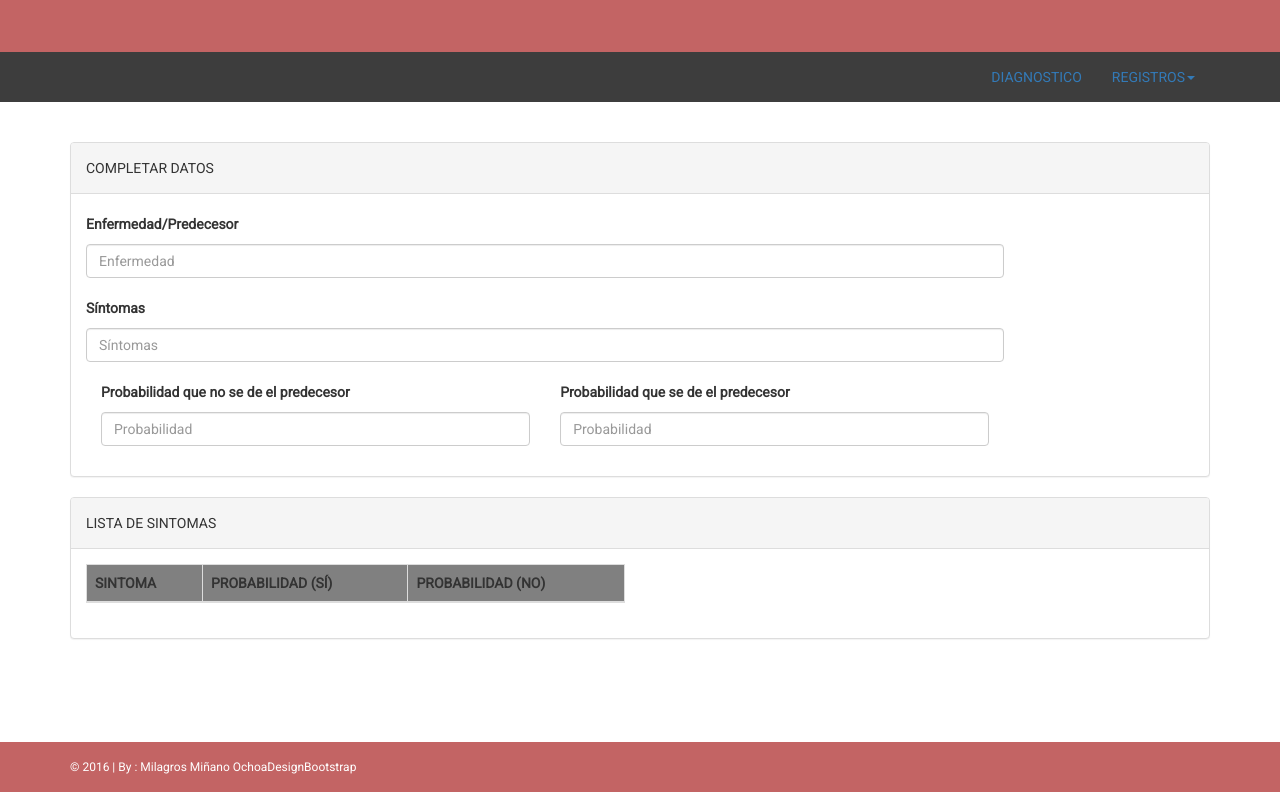
Repository: Mili10/PROYECTOII
Page: http://localhost/Capa_Presentación/frmRegistroSintoma.jsp
These files come from the project's save history. The page is drawn as it stood at one moment and after the next save; the edit follows.
The browser window is 1280 px wide. The pictures show the whole page.
The page is served by Tomcat 9.

Above is the page before, as saved 2016-05-16 06:40:45.

### sistema_experto_web/Capa_Presentación/WebContent/frmRegistroSintoma.jsp
<%@ page language="java" contentType="text/html; charset=ISO-8859-1"
    pageEncoding="ISO-8859-1"%>
<!DOCTYPE html PUBLIC "-//W3C//DTD HTML 4.01 Transitional//EN" "http://www.w3.org/TR/html4/loose.dtd">
<html>
<head>
<meta http-equiv="Content-Type" content="text/html; charset=ISO-8859-1">
<title>Insert title here</title>
	<link href="Plantilla/css/bootstrap.css" rel="stylesheet" />
    <link href="Plantilla/css/font-awesome.css" rel="stylesheet" />
    <link href="Plantilla/css/style.css" rel="stylesheet" />
</head>
<body>
	<jsp:include page="includes/masterHeader.jsp"></jsp:include>
	<div class="content-wrapper">
		<div class="container">
			<div class="panel panel-default">
	             <div class="panel-heading">
	               COMPLETAR DATOS
	             </div>
	              <div class="row">
		             <div class="panel-body">
		             	<div class="col-md-10">
						  <form>
						  <div class="form-group">
						    <label for="exampleInputEmail1">Enfermedad/Predecesor</label>
						    <input type="text" class="form-control" placeholder="Enfermedad">
						  </div>
						  <div class="form-group">
						    <label for="exampleInputPassword1">Síntomas</label>
						    <input type="text" class="form-control" placeholder="Síntomas">
						  </div>
						  <div class="form-group">
						  <div class="col-md-6">

						    <label for="exampleInputEmail1">Probabilidad que no se de el predecesor</label>
						    <input class="form-control" placeholder="Probabilidad">
						  </div>
						  </div>
						  <div class="col-md-6">
						  	<div class="form-group">
						    <label for="exampleInputEmail1">Probabilidad que se de el predecesor</label>
						    <input class="form-control" placeholder="Probabilidad">
						  </div>
						  </div>
						 </form>
						</div>
					  </div>
				  </div>
	         </div>

	         <div class="panel panel-default">
	             <div class="panel-heading">
	               LISTA DE SINTOMAS
	             </div>
	              <div class="row">
		             <div class="panel-body">
		              <div class="col-md-6">
		             	<div class="table-responsive">
                                <table class="table table-striped table-bordered table-hover">
                                    <thead style="background: grey">
                                        <tr>
                                            <th>SINTOMA</th>
                                            <th>PROBABILIDAD (SÍ)</th>
                                            <th>PROBABILIDAD (NO)</th>
                                        </tr>
                                    </thead>
                                    <tbody>

                                    </tbody>
                                </table>
                            </div>
                         </div>
					  </div>
				  </div>
	         </div>

	      </div>
      </div>


	<jsp:include page="includes/masterFooter.jsp"></jsp:include>

	<script src="Plantilla/js/jquery-1.11.1.js"></script>
    <script src="Plantilla/js/bootstrap.js"></script>
</body>
</html>

### sistema_experto_web/Capa_Presentación/WebContent/includes/masterHeader.jsp
    <div class="navbar navbar-inverse set-radius-zero">
        <div class="container">
            <div class="navbar-header">
                <button type="button" class="navbar-toggle" data-toggle="collapse" data-target=".navbar-collapse">
                    <span class="icon-bar"></span>
                    <span class="icon-bar"></span>
                    <span class="icon-bar"></span>
                </button>
                <a class="navbar-brand" href="index.html">

                </a>

            </div>

        </div>
    </div>
    <!-- LOGO HEADER END-->
    <section class="menu-section">
        <div class="container">
            <div class="row">
                <div class="col-md-12">
                    <div class="navbar-collapse collapse">
                        <ul class="nav navbar-nav navbar-right">
                            <li><a href="frmCuestionario.jsp">DIAGNOSTICO</a></li>
                            <li class="dropdown">
                            	<a href="#" class="dropdown-toggle" data-toggle="dropdown" role="button" aria-haspopup="true" aria-expanded="false">REGISTROS<span class="caret"></span></a>
                            	<ul class="dropdown-menu">
						            <li><a href="frmRegistroSintoma.jsp" role="button">SINTOMA</a></li>
						        </ul>
                            </li>
                        </ul>
                    </div>
                </div>

            </div>
        </div>
    </section>

### sistema_experto_web/Capa_Presentación/WebContent/includes/masterFooter.jsp
<!-- CONTENT-WRAPPER SECTION END-->
    <footer>
        <div class="container">
            <div class="row">
                <div class="col-md-12">
                    &copy; 2016 | By : Milagros Miñano Ochoa<a href="http://www.designbootstrap.com/" target="_blank">DesignBootstrap</a>
                </div>

            </div>
        </div>
    </footer>

### sistema_experto_web/Capa_Presentación/WebContent/Plantilla/css/style.css

/*=============================================================
    Authour URL: www.designbootstrap.com

    http://www.designbootstrap.com/

    License: MIT

    http://opensource.org/licenses/MIT

    100% Free To use For Personal And Commercial Use.

    IN EXCHANGE JUST TELL PEOPLE ABOUT THIS WEBSITE

========================================================  */


/* =============================================================
   GENERAL STYLES
 ============================================================ */

@import url(http://fonts.googleapis.com/css?family=Roboto); /* FREE GOOGLE FONT */

body {
    font-family: 'Roboto', sans-serif;
    line-height: 30px;
}

.set-radius-zero {
    border-radius: 0px;
    -moz-border-radius: 0px;
    -webkit-border-radius: 0px;
}

.content-wrapper {
    margin-top: 40px;
    min-height: 600px;
    padding-bottom: 60px;
}

.page-head-line {
    font-weight: 900;
    padding-bottom: 20px;
    border-bottom: 2px solid #F0677C;
    text-transform: uppercase;
    color: #F0677C;
    font-size: 20px;
    margin-bottom: 40px;
}

.btn {
    border-radius: 0px;
    -webkit-border-radius: 0px;
    -moz-border-radius: 0px;
}

.progress {
    height: 8px;
    border-radius: 0px;
    -webkit-border-radius: 0px;
    -moz-border-radius: 0px;
}
.login-icon {
    height: 60px;
width: 60px;
padding: 13px;
border-radius: 50%;
font-size: 30px;
margin-bottom: 20px;
color: #fff;
text-align: center;
cursor:pointer;
background-color:#F0677C;
-webkit-border-radius:50%;
    -moz-border-radius:50%;
}
/* =============================================================
   HEADER SECTION STYLES
 ============================================================ */
header {
    background-color: #F0677C;
    color: #fff;
    padding: 10px;
    text-align: right;
}


/* =============================================================
   LOGO SECTION STYLES
 ============================================================ */
.left-div {
    padding-left: 30px;
    margin-top: 40px;
    margin-bottom: 30px;
}

.navbar-brand {
    width: 250px;
    padding-top: 30px;
}

/* USER SETTINGS DIV */
.user-settings-wrapper .nav > li > a {
    position: relative;
    display: block;
    padding: 15px 18px;
    border-radius: 50%;
    -webkit-border-radius: 50%;
    -moz-border-radius: 50%;
    height: 60px;
    width: 60px;
    background-color: #F0677C;
    color: #fff;
}

.user-settings-wrapper {
    margin-top: 10px;
}

    .user-settings-wrapper li {
        display: inline-block;
    }

    .user-settings-wrapper .dropdown-settings {
        width: 200px;
        padding: 10px;
    }

    .user-settings-wrapper .nav > li > a:hover,.user-settings-wrapper .nav > li > a:focus {
        text-decoration: none;
        background-color: #C36464!important;
    }

    .user-settings-wrapper img {
        height: 64px;
        width: 64px;
        border: 1px solid #000000;
    }

    .user-settings-wrapper .dropdown-menu {
        margin: 0px;
        border-radius: 0px!important;
        -moz-border-radius: 0px!important;
        -webkit-border-radius: 0px!important;
    }

    .user-settings-wrapper .btn {
        border-radius: 0px!important;
        -moz-border-radius: 0px!important;
        -webkit-border-radius: 0px!important;
    }

    .user-settings-wrapper .media-heading {
        padding-top: 10px;
    }

/* MENU LINKS SECTION*/

.menu-section {
    background-color: #3D3D3D;
}

#menu-top a {
    color: #FFF;
    text-decoration: none;
    font-weight: 500;
    padding: 10px 10px 10px 10px;
    text-transform: uppercase;
}

.menu-top-active {
    background-color: #C36464;
}

.menu-section .nav > li > a:hover,.menu-section .nav > li > a:focus {
    background-color: #F0677C!important;
}

.menu-section .dropdown-menu > li > a:hover,.menu-section .dropdown-menu > li > a:focus {
    background-color: #F0677C!important;
}

.navbar-inverse {
    background-color: #C36464;
    border-color: transparent;
}

.navbar-toggle {
    background-color: #F0677C;
    border: 1px solid #fff;
}

.navbar {
    margin-bottom: 0px;
}
/* =============================================================
   FOOTER SECTION STYLES
 ============================================================ */
footer {
    padding: 10px;
    color: #fff;
    font-size: 12px;
    background-color: #C36464;
}

    footer a, footer a:hover {
        color: #fff;
        text-decoration: none;
    }

/*==============================================
    DASHBOARD  STYLES
 =============================================*/

/* DASHBOARD ICONS */

.bk-clr-one {
    background-color: #B9B739;
}

.bk-clr-two {
    background-color: #F94C4C;
}

.bk-clr-three {
    background-color: #119c7e;
}

.bk-clr-four {
    background-color: #b739b9;
}

.dashboard-div-icon {
    height: 75px;
    width: 75px;
    border: 2px solid #fff;
    padding: 20px;
    border-radius: 50%;
    -webkit-border-radius:50%;
    -moz-border-radius:50%;
    font-size: 30px;
    margin-bottom: 20px;
    color: #fff;
}

.dashboard-div-wrapper {
    border-radius: 5px;
    text-align: center;
    padding: 15px;
    color: #fff;
    margin-bottom: 50px;
}

    .dashboard-div-wrapper .progress {
        height: 2px;
    }

/* NOTICE BOARD */


.notice-board .panel {
    border-radius: 0px;
    -webkit-border-radius: 0px;
    -moz-border-radius: 0px;
}

.notice-board ul {
    padding-left: 0px;
    list-style: none;
}

.notice-board li {
    padding: 10px;
    border-bottom: 1px solid #E5E5E5;
}

    .notice-board li span {
        margin-right: 10px;
        border: 1px solid #DBDBDB;
        padding: 5px;
    }

    .notice-board li a, li a:hover {
        text-decoration: none;
        color: #000;
    }

/* SOCIAL BUTTONS */
.btn-social {
    color: white;
    opacity: 0.8;
}

    .btn-social:hover {
        color: white;
        opacity: 1;
        text-decoration: none;
    }

.btn-facebook {
    background-color: #3b5998;
}

.btn-twitter {
    background-color: #00aced;
}

.btn-linkedin {
    background-color: #0e76a8;
}

.btn-google {
    background-color: #c32f10;
}

Loaded but not shown: sistema_experto_web/Capa_Presentación/WebContent/Plantilla/css/bootstrap.css (library); sistema_experto_web/Capa_Presentación/WebContent/Plantilla/css/font-awesome.css (library); sistema_experto_web/Capa_Presentación/WebContent/Plantilla/js/jquery-1.11.1.js (library); sistema_experto_web/Capa_Presentación/WebContent/Plantilla/js/bootstrap.js (library)

After the next save:
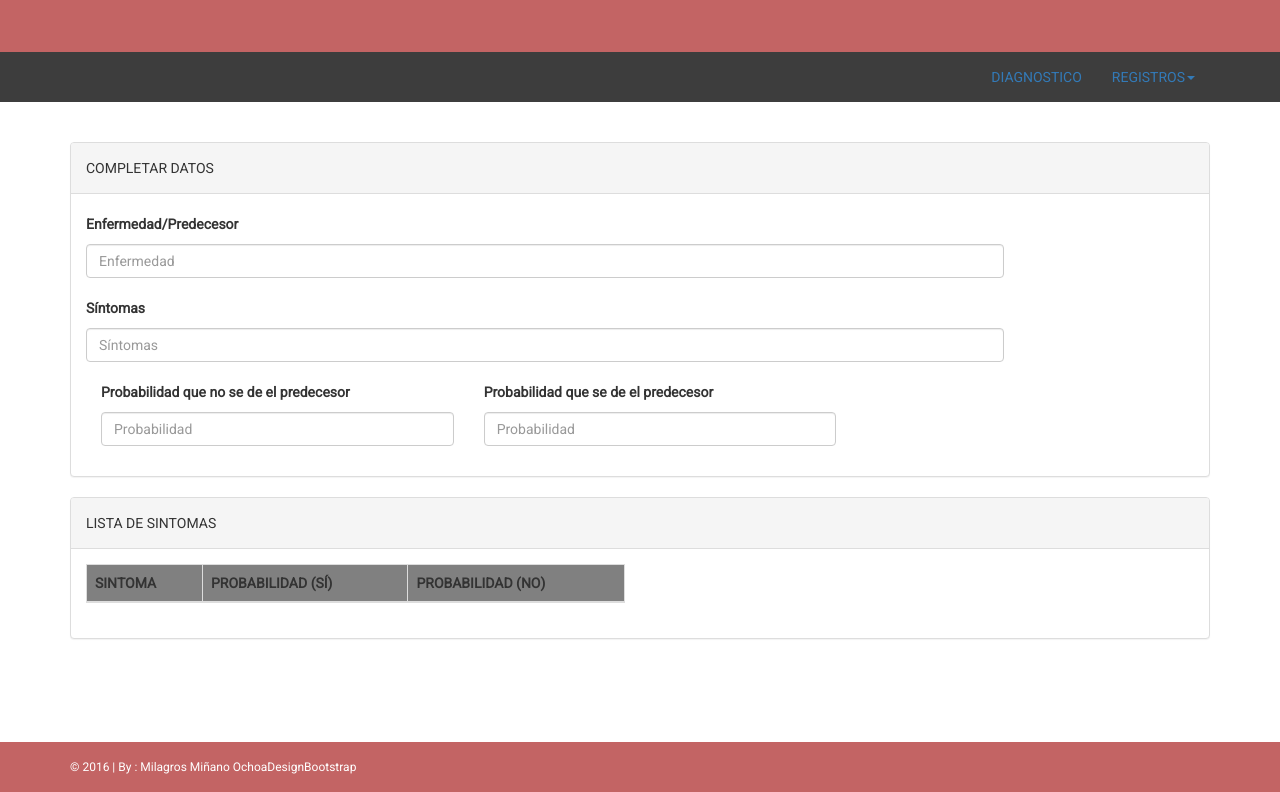
Saved 20 s later.
--- a/sistema_experto_web/Capa_Presentación/WebContent/frmRegistroSintoma.jsp
+++ b/sistema_experto_web/Capa_Presentación/WebContent/frmRegistroSintoma.jsp
@@ -30,13 +30,13 @@
 						    <input type="text" class="form-control" placeholder="Síntomas">
 						  </div>
 						  <div class="form-group">
-						  <div class="col-md-6">
+						  <div class="col-md-5">
 
 						    <label for="exampleInputEmail1">Probabilidad que no se de el predecesor</label>
 						    <input class="form-control" placeholder="Probabilidad">
 						  </div>
 						  </div>
-						  <div class="col-md-6">
+						  <div class="col-md-5">
 						  	<div class="form-group">
 						    <label for="exampleInputEmail1">Probabilidad que se de el predecesor</label>
 						    <input class="form-control" placeholder="Probabilidad">
